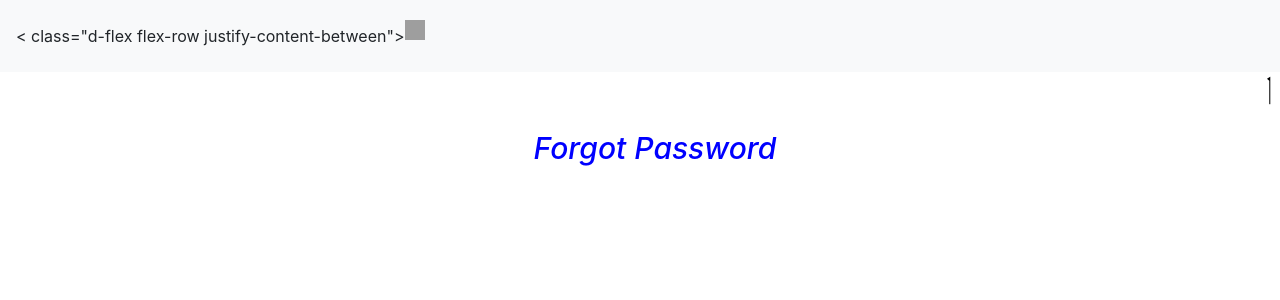
Repository: siri548/Karyakartha
Page: forgotPage.html
The author's editor kept a copy of each file at every save. The page is drawn from the files as they stood at one save, then again after the next save.
The browser window is 1280 px wide. The pictures show the whole page.
Pictures or frames that could not be fetched are drawn as grey boxes.

Above is the page before, as saved 2023-11-04 15:47:39.
Console error (its wording comes from the project's code and is left out).

### forgotPage.html
<!DOCTYPE html>
<html lang="en">

<head>
    <meta charset="UTF-8">
    <meta name="viewport" content="width=device-width, initial-scale=1.0">
    <link rel="stylesheet" href="https://cdn.jsdelivr.net/npm/bootstrap@4.6.2/dist/css/bootstrap.min.css" integrity="sha384-xOolHFLEh07PJGoPkLv1IbcEPTNtaed2xpHsD9ESMhqIYd0nLMwNLD69Npy4HI+N" crossorigin="anonymous">
    <script src="https://cdn.jsdelivr.net/npm/bootstrap@4.6.2/dist/js/bootstrap.bundle.min.js" integrity="sha384-Fy6S3B9q64WdZWQUiU+q4/2Lc9npb8tCaSX9FK7E8HnRr0Jz8D6OP9dO5Vg3Q9ct" crossorigin="anonymous"></script>
    <script src="https://cdn.jsdelivr.net/npm/jquery@3.5.1/dist/jquery.slim.min.js" integrity="sha384-DfXdz2htPH0lsSSs5nCTpuj/zy4C+OGpamoFVy38MVBnE+IbbVYUew+OrCXaRkfj" crossorigin="anonymous"></script>
    <script src="https://cdn.jsdelivr.net/npm/popper.js@1.16.1/dist/umd/popper.min.js" integrity="sha384-9/reFTGAW83EW2RDu2S0VKaIzap3H66lZH81PoYlFhbGU+6BZp6G7niu735Sk7lN" crossorigin="anonymous"></script>
    <link rel="stylesheet" href="https://cdnjs.cloudflare.com/ajax/libs/font-awesome/6.4.0/css/all.min.css">


    <link rel="stylesheet" text="css/text" href="forgotPage.css">
</head>

<body>
    <div class="bg-forgotPage">
        <nav class="navbar navbar-expand-lg navbar-light bg-light">
            < class="d-flex flex-row justify-content-between">
                <div <a class=" navbar-brand " href="# ">
                    <i class="outer-icon bi bi-search "></i>
                    <img src="D:\icons\trend.png " class="inner-icon " />


                    <button class="navbar-toggler " type="button " data-toggle="collapse " data-target="#navbarNavAltMarkup " aria-controls="navbarNavAltMarkup " aria-expanded="false " aria-label="Toggle navigation ">
            <span class="navbar-toggler-icon "></span>
            </button>
                    <div class="collapse navbar-collapse " id="navbarNavAltMarkup ">
                        <div class="navbar-nav ml-auto ">
                            <a class="nav-link active " href="# ">
                                <span class="sr-only "></span>
                            </a>
                            <a class="nav-link " href="# "></a>
                            <a class="nav-link " href="# "></a>
                            <a class="nav-link " href="# "></a>
                        </div>
                    </div>
        </nav>
        <div class="text-center forgotPage-card ">
            <div class="text-right ">
                <i class="forgotPage-closeIcon fal fa-times "></i>
            </div>

            <h1 class="forgotHeading ">Forgot Password</h1>
        </div>
        </div>



</body>

</html>

### forgotPage.css
.bg-forgotpage {
    background-color: lightgrey;
}

.outer-icon {
    color: blue;
    width: 20px;
    height: 20px;
    background-size: cover;
}

.inner-icon {
    color: blue;
    font-size: 20px;
    width: 20px;
    height: 20px;
}

.forgotPage-card {
    background-color: white;
    border-color: blue;
    border-top: 0px;
    border-right-width: 2px;
    border-left-width: 1px;
    border-bottom-width: 1px;
}

.forgotPage-closeIcon {
    color: black;
    font-size: 25px;
    padding-right: 10px;
}

.forgotHeading {
    color: blue;
    font-size: 30px;
    padding-left: 30px;
    padding-top: 20px;
    font-style: italic;
}

After the next save:
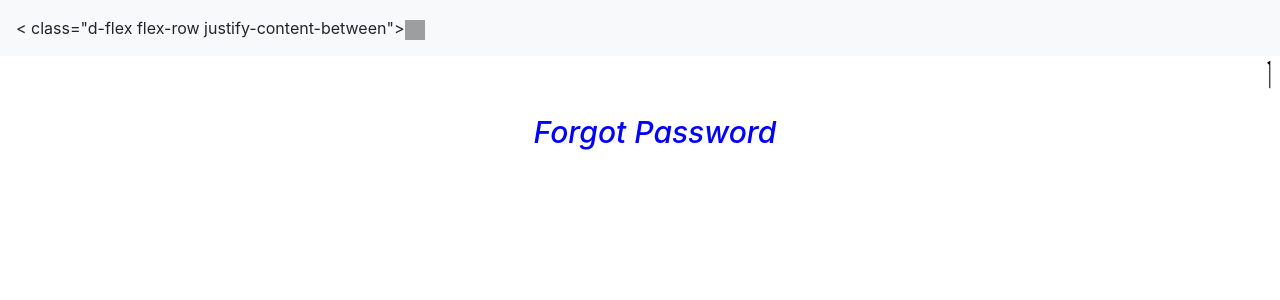
Saved 4 s later.
--- a/forgotPage.html
+++ b/forgotPage.html
@@ -18,7 +18,8 @@
     <div class="bg-forgotPage">
         <nav class="navbar navbar-expand-lg navbar-light bg-light">
             < class="d-flex flex-row justify-content-between">
-                <div <a class=" navbar-brand " href="# ">
+                <div></div>
+                <a class=" navbar-brand " href="# ">
                     <i class="outer-icon bi bi-search "></i>
                     <img src="D:\icons\trend.png " class="inner-icon " />
 
@@ -44,7 +45,7 @@
 
             <h1 class="forgotHeading ">Forgot Password</h1>
         </div>
-        </div>
+    </div>
 
 
 

After the 4 saves that followed:
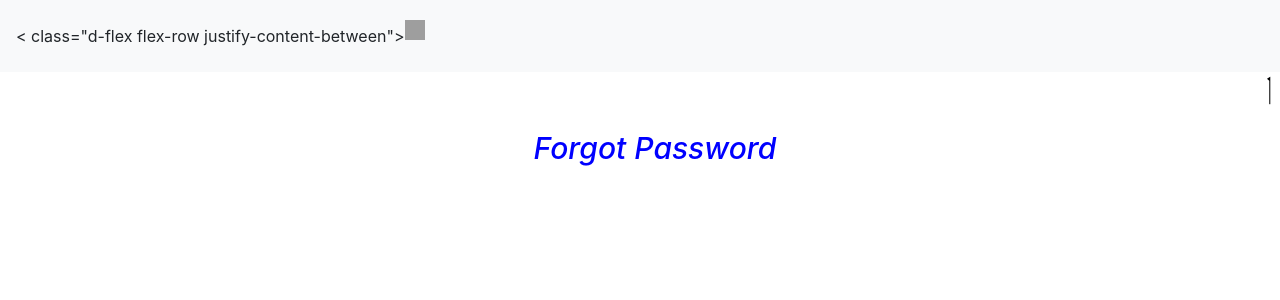
The 4 saves are shown as one change because 1 left the picture as it was and some came seconds apart.
The last was saved 12 s later.
--- a/forgotPage.html
+++ b/forgotPage.html
@@ -18,25 +18,25 @@
     <div class="bg-forgotPage">
         <nav class="navbar navbar-expand-lg navbar-light bg-light">
             < class="d-flex flex-row justify-content-between">
-                <div></div>
-                <a class=" navbar-brand " href="# ">
-                    <i class="outer-icon bi bi-search "></i>
-                    <img src="D:\icons\trend.png " class="inner-icon " />
+                <div>
+                    <a class=" navbar-brand " href="# ">
+                        <i class="outer-icon bi bi-search "></i>
+                        <img src="D:\icons\trend.png " class="inner-icon " />
 
 
-                    <button class="navbar-toggler " type="button " data-toggle="collapse " data-target="#navbarNavAltMarkup " aria-controls="navbarNavAltMarkup " aria-expanded="false " aria-label="Toggle navigation ">
+                        <button class="navbar-toggler " type="button " data-toggle="collapse " data-target="#navbarNavAltMarkup " aria-controls="navbarNavAltMarkup " aria-expanded="false " aria-label="Toggle navigation ">
             <span class="navbar-toggler-icon "></span>
             </button>
-                    <div class="collapse navbar-collapse " id="navbarNavAltMarkup ">
-                        <div class="navbar-nav ml-auto ">
-                            <a class="nav-link active " href="# ">
-                                <span class="sr-only "></span>
-                            </a>
-                            <a class="nav-link " href="# "></a>
-                            <a class="nav-link " href="# "></a>
-                            <a class="nav-link " href="# "></a>
+                        <div class="collapse navbar-collapse " id="navbarNavAltMarkup ">
+                            <div class="navbar-nav ml-auto ">
+                                <a class="nav-link active " href="# ">
+                                    <span class="sr-only "></span>
+                                </a>
+                                <a class="nav-link " href="# "></a>
+                                <a class="nav-link " href="# "></a>
+                                <a class="nav-link " href="# "></a>
+                            </div>
                         </div>
-                    </div>
         </nav>
         <div class="text-center forgotPage-card ">
             <div class="text-right ">
@@ -45,7 +45,7 @@
 
             <h1 class="forgotHeading ">Forgot Password</h1>
         </div>
-    </div>
+        </div>
 
 
 
